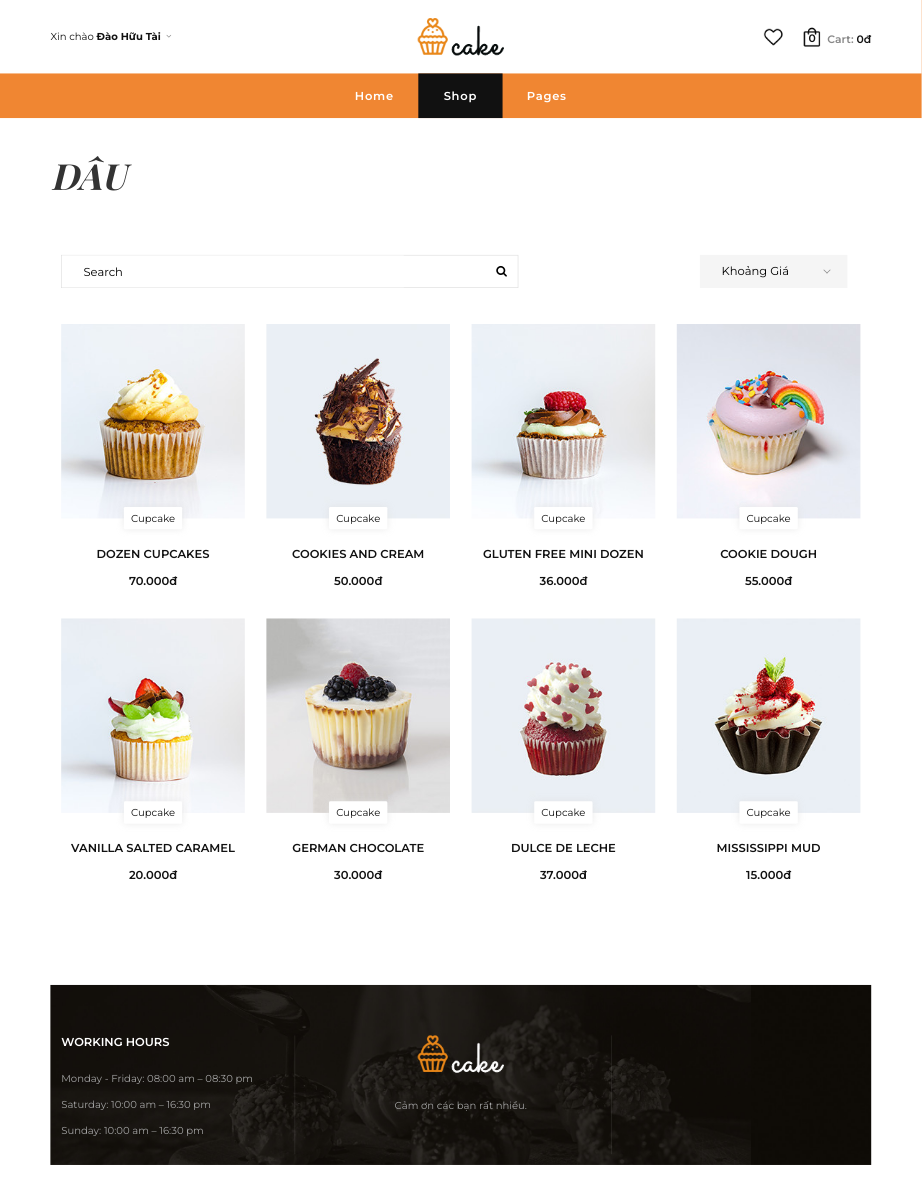
Repository: nhanto2n-byte/Nhom10ChieuThu3
Page: ProjectWeb/cake-main/shop-dau.html
The author's editor kept a copy of each file at every save. The page is drawn from the files as they stood at one save, then again after the next save.
The browser window is 1280 px wide. The pictures show the whole page, at 72% of full size.

Above is the page before, as saved 2025-11-03 22:27:31.

### ProjectWeb/cake-main/shop-dau.html
<!DOCTYPE html>
<html lang="zxx">

<head>
    <meta charset="UTF-8">
    <meta name="description" content="Cake Template">
    <meta name="keywords" content="Cake, unica, creative, html">
    <meta name="viewport" content="width=device-width, initial-scale=1.0">
    <meta http-equiv="X-UA-Compatible" content="ie=edge">
    <title>Shop</title>

    <!-- Google Font -->
    <link href="https://fonts.googleapis.com/css2?family=Playfair+Display:wght@400;500;600;700;800;900&display=swap"
    rel="stylesheet">
    <link href="https://fonts.googleapis.com/css2?family=Montserrat:wght@300;400;500;600;700;800;900&display=swap"
    rel="stylesheet">

    <!-- Css Styles -->
    <link rel="stylesheet" href="css/bootstrap.min.css" type="text/css">
    <link rel="stylesheet" href="css/flaticon.css" type="text/css">
    <link rel="stylesheet" href="css/barfiller.css" type="text/css">
    <link rel="stylesheet" href="css/magnific-popup.css" type="text/css">
    <link rel="stylesheet" href="css/font-awesome.min.css" type="text/css">
    <link rel="stylesheet" href="css/elegant-icons.css" type="text/css">
    <link rel="stylesheet" href="css/nice-select.css" type="text/css">
    <link rel="stylesheet" href="css/owl.carousel.min.css" type="text/css">
    <link rel="stylesheet" href="css/slicknav.min.css" type="text/css">
    <link rel="stylesheet" href="css/style.css" type="text/css">
        <style>
        /* ==================================== */
        /* CẤU TRÚC MENU THẢ XUỐNG (DROPDOWN) */
        /* ==================================== */

        /* 1. Thiết lập vị trí tương đối cho mục cha */
        .header__top__left ul li.has-dropdown {
            position: relative;
        }

        /* KHẮC PHỤC LỖI TÔ ĐEN TRÊN LIÊN KẾT CHA */
        .header__top__left ul li.has-dropdown > a:focus,
        .header__top__left ul li.has-dropdown > a:active {
            /* Dùng !important để ghi đè CSS từ file style.css nếu cần */
            outline: none !important;
            -webkit-tap-highlight-color: transparent;
            background-color: transparent !important;
        }

        /* 2. Thiết lập trạng thái mặc định (ẨN) cho dropdown */
        .header__top__left ul li .dropdown {
            display: none;
            position: absolute;
            top: 100%;
            left: 0;
            z-index: 100;

            /* NỀN ĐẬM CHO CHỮ TRẮNG NỔI BẬT */
            background-color: #333; /* Nền xám/đen đậm */
            border: 1px solid #555;
            box-shadow: 0 4px 10px rgba(0, 0, 0, 0.2);
            min-width: 200px;
            padding: 5px 0;
            list-style: none; /* Loại bỏ dấu chấm */
        }

        /* 3. Hiển thị menu khi di chuột vào mục cha */
        .header__top__left ul li.has-dropdown:hover > .dropdown {
            display: block;
        }

        /* 4. Định kiểu cho các mục con trong menu */
        .header__top__left ul li .dropdown li a {
            display: block;
            padding: 10px 15px;
            text-decoration: none;

            /* MÀU CHỮ TRẮNG */
            color: white;

            font-size: 16px;
            white-space: nowrap;
        }

        /* Hiệu ứng di chuột (hover) cho các mục con */
        .header__top__left ul li .dropdown li a:hover {
            background-color: #0e0e0e; /* Nền xám nhẹ khi hover */
            color: #e8bf18; /* Màu nổi bật khi hover */
        }
    </style>
</head>

<body>
    <!-- Page Preloder -->
    <div id="preloder">
        <div class="loader"></div>
    </div>
    <!-- Offcanvas Menu Begin -->
    <div class="offcanvas-menu-overlay"></div>
    <div class="offcanvas-menu-wrapper">
        <div class="offcanvas__cart">
            <div class="offcanvas__cart__links">
                <a href="#" class="search-switch"><img src="img/icon/search.png" alt=""></a>
                <a href="#"><img src="img/icon/heart.png" alt=""></a>
            </div>
            <div class="offcanvas__cart__item">
                <a href="#"><img src="img/icon/cart.png" alt=""> <span>0</span></a>
                <div class="cart__price">Cart: <span>0đ</span></div>
            </div>
        </div>
        <div class="offcanvas__logo">
            <a href="./index.html"><img src="img/logo.png" alt=""></a>
        </div>
        <div id="mobile-menu-wrap"></div>
        <div class="offcanvas__option">
            <ul>
                <li><a href="#">Sign in</a> <span class="arrow_carrot-down"></span></li>
            </ul>
        </div>
    </div>
    <!-- Offcanvas Menu End -->

    <!-- Header Section Begin -->
    <header class="header">
        <div class="header__top">
            <div class="container">
                <div class="row">
                    <div class="col-lg-12">
                        <div class="header__top__inner">
                            <div class="header__top__left">
                                <ul>
                                    <li class="has-dropdown">
                                    <a href="./profile.html">
                                            Xin chào <strong>Đào Hữu Tài</strong>
                                            <span class="arrow_carrot-down"></span>
                                    </a>
                                        <ul class="dropdown">
                                            <li><a href="./profile.html">My Profile</a></li>
                                            <li><a href="./register.html">Log out</a></li>
                                        </ul>
                                    </li>
                                </ul>
                            </div>
                            <div class="header__logo">
                                <a href="./index.html"><img src="img/logo.png" alt=""></a>
                            </div>
                            <div class="header__top__right">
                                <div class="header__top__right__links">

                                    <a href="./wisslist.html"><img src="img/icon/heart.png" alt=""></a>
                                </div>
                                <div class="header__top__right__cart">
                                    <a href="./shoping-cart.html"><img src="img/icon/cart.png" alt=""> <span>0</span></a>
                                    <div class="cart__price">Cart: <span>0đ</span></div>
                                </div>
                            </div>
                        </div>
                    </div>
                </div>
                <div class="canvas__open"><i class="fa fa-bars"></i></div>
            </div>
        </div>
        <div class="container">
            <div class="row">
                <div class="col-lg-12">
                    <nav class="header__menu mobile-menu">
                        <ul>
                            <li><a href="./index.html">Home</a></li>
                            <li class="active"><a href="./shop.html">Shop</a></li>
                            <li><a href="#">Pages</a>
                                <ul class="dropdown">

                                    <li><a href="./shoping-cart.html">Shoping Cart</a></li>
                                    <li><a href="./checkout.html">Check Out</a></li>
                                    <li><a href="./wisslist.html">Wishlist</a></li>
                                </ul>
                            </li>
                        </ul>
                    </nav>
                </div>
            </div>
        </div>
    </header>
    <!-- Header Section End -->

    <!-- Breadcrumb Begin -->
    <!-- Breadcrumb Begin -->
<!-- Breadcrumb Begin -->
<div class="breadcrumb-option"
     style="
        padding: 50px 0;
        background-image: url('#');
        background-size: cover;
        background-position: center;
        background-repeat: no-repeat;
        position: relative;
    ">

    <!-- lớp phủ mờ nhẹ -->
    <div style="
        position: absolute;
        inset: 0;
        background: rgba(255, 255, 255, 0.35); /* giảm mờ từ 0.7 xuống 0.35 */
    "></div>

    <div class="container" style="position: relative; z-index: 2;">
        <div class="row align-items-center">

            <!-- Tiêu đề bên trái -->
            <div class="col-lg-6 col-md-6 col-sm-12">
                <div class="breadcrumb__text">
                    <h2 style="font-weight: 700; color: #333;">DÂU</h2>
                </div>
            </div>

            <!-- Liên kết breadcrumb bên phải -->
            <div class="col-lg-6 col-md-6 col-sm-12 text-right">
                <div class="breadcrumb__links">


                </div>
            </div>
        </div>


<!-- Breadcrumb End -->

<!-- Hiệu ứng hover -->
<style>
button:hover {
    transform: scale(1.05);
    opacity: 0.9;
}
</style>
    <!-- Shop Section Begin -->
    <section class="shop spad">
        <div class="container">
            <div class="shop__option">
                <div class="row">
                    <div class="col-lg-7 col-md-7">
                        <div class="shop__option__search">
                            <form action="shoptimkiem.html">

                                <input type="text" placeholder="Search">
                                <button type="submit"><i class="fa fa-search"></i></button>
                            </form>
                        </div>
                    </div>
                   <div class="col-lg-5 col-md-5">
    <div class="shop__option__right">
        <select onchange="if (this.value) window.location.href=this.value;">
            <option value="">Khoảng Giá</option>
            <option value="giátype.html">Từ: 30k - 50k</option>
            <option value="giátype.html">Từ: 50k - 70k</option>
            <option value="giátype.html">Từ: 70k - 100k</option>
        </select>
    </div>
</div>

                </div>
            </div>
            <div class="row">
                <div class="col-lg-3 col-md-6 col-sm-6">
                    <div class="product__item">
                        <div class="product__item__pic set-bg" data-setbg="img/shop/product-1.jpg">
                            <div class="product__label">
                                <span>Cupcake</span>
                            </div>
                        </div>
                        <div class="product__item__text">
                            <h6><a href="shop-chitiet.html">Dozen Cupcakes</a></h6>
                            <div class="product__item__price">70.000đ</div>
                            <div class="cart_add">
                                <a href="./shoping-cart.html">Add to cart</a>
                            </div>
                        </div>
                    </div>
                </div>
                <div class="col-lg-3 col-md-6 col-sm-6">
                    <div class="product__item">
                        <div class="product__item__pic set-bg" data-setbg="img/shop/product-2.jpg">
                            <div class="product__label">
                                <span>Cupcake</span>
                            </div>
                        </div>
                        <div class="product__item__text">
                            <h6><a href="shop-chitiet.html">Cookies and Cream</a></h6>
                            <div class="product__item__price">50.000đ</div>
                            <div class="cart_add">
                                <a href="./shoping-cart.html">Add to cart</a>
                            </div>
                        </div>
                    </div>
                </div>
                <div class="col-lg-3 col-md-6 col-sm-6">
                    <div class="product__item">
                        <div class="product__item__pic set-bg" data-setbg="img/shop/product-3.jpg">
                            <div class="product__label">
                                <span>Cupcake</span>
                            </div>
                        </div>
                        <div class="product__item__text">
                            <h6><a href="shop-chitiet.html">Gluten Free Mini Dozen</a></h6>
                            <div class="product__item__price">36.000đ</div>
                            <div class="cart_add">
                                <a href="./shoping-cart.html">Add to cart</a>
                            </div>
                        </div>
                    </div>
                </div>
                <div class="col-lg-3 col-md-6 col-sm-6">
                    <div class="product__item">
                        <div class="product__item__pic set-bg" data-setbg="img/shop/product-4.jpg">
                            <div class="product__label">
                                <span>Cupcake</span>
                            </div>
                        </div>
                        <div class="product__item__text">
                            <h6><a href="shop-chitiet.html">Cookie Dough</a></h6>
                            <div class="product__item__price">55.000đ</div>
                            <div class="cart_add">
                                <a href="./shoping-cart.html">Add to cart</a>
                            </div>
                        </div>
                    </div>
                </div>
                <div class="col-lg-3 col-md-6 col-sm-6">
                    <div class="product__item">
                        <div class="product__item__pic set-bg" data-setbg="img/shop/product-5.jpg">
                            <div class="product__label">
                                <span>Cupcake</span>
                            </div>
                        </div>
                        <div class="product__item__text">
                            <h6><a href="shop-chitiet.html">Vanilla Salted Caramel</a></h6>
                            <div class="product__item__price">20.000đ</div>
                            <div class="cart_add">
                                <a href="./shoping-cart.html">Add to cart</a>
                            </div>
                        </div>
                    </div>
                </div>
                <div class="col-lg-3 col-md-6 col-sm-6">
                    <div class="product__item">
                        <div class="product__item__pic set-bg" data-setbg="img/shop/product-6.jpg">
                            <div class="product__label">
                                <span>Cupcake</span>
                            </div>
                        </div>
                        <div class="product__item__text">
                            <h6><a href="shop-chitiet.html">German Chocolate</a></h6>
                            <div class="product__item__price">30.000đ</div>
                            <div class="cart_add">
                                <a href="./shoping-cart.html">Add to cart</a>
                            </div>
                        </div>
                    </div>
                </div>
                <div class="col-lg-3 col-md-6 col-sm-6">
                    <div class="product__item">
                        <div class="product__item__pic set-bg" data-setbg="img/shop/product-7.jpg">
                            <div class="product__label">
                                <span>Cupcake</span>
                            </div>
                        </div>
                        <div class="product__item__text">
                            <h6><a href="shop-chitiet.html">Dulce De Leche</a></h6>
                            <div class="product__item__price">37.000đ</div>
                            <div class="cart_add">
                                <a href="./shoping-cart.html">Add to cart</a>
                            </div>
                        </div>
                    </div>
                </div>
                <div class="col-lg-3 col-md-6 col-sm-6">
                    <div class="product__item">
                        <div class="product__item__pic set-bg" data-setbg="img/shop/product-8.jpg">
                            <div class="product__label">
                                <span>Cupcake</span>
                            </div>
                        </div>
                        <div class="product__item__text">
                            <h6><a href="shop-chitiet.html">Mississippi Mud</a></h6>
                            <div class="product__item__price">15.000đ</div>
                            <div class="cart_add">
                                <a href="./shoping-cart.html">Add to cart</a>
                            </div>
                        </div>
                    </div>
                </div>



        </div>
    </section>
    <!-- Shop Section End -->

    <!-- Footer Section Begin -->
    <footer class="footer set-bg" data-setbg="img/footer-bg.jpg">
        <div class="container">
            <div class="row">
                <div class="col-lg-4 col-md-6 col-sm-6">
                    <div class="footer__widget">
                        <h6>WORKING HOURS</h6>
                        <ul>
                            <li>Monday - Friday: 08:00 am – 08:30 pm</li>
                            <li>Saturday: 10:00 am – 16:30 pm</li>
                            <li>Sunday: 10:00 am – 16:30 pm</li>
                        </ul>
                    </div>
                </div>
                <div class="col-lg-4 col-md-6 col-sm-6">
                    <div class="footer__about">
                        <div class="footer__logo">
                            <a href="#"><img src="img/footer-logo.png" alt=""></a>
                        </div>
                        <p>Cảm ơn các bạn rất nhiều.</p>
                    </div>
                </div>
            </div>
        </div>
    </div>
</footer>
<!-- Footer Section End -->

<!-- Search Begin -->
<div class="search-model">
    <div class="h-100 d-flex align-items-center justify-content-center">
        <div class="search-close-switch">+</div>
        <form class="search-model-form">
            <input type="text" id="search-input" placeholder="Search here.....">
        </form>
    </div>
</div>
<!-- Search End -->

<!-- Js Plugins -->
<script src="js/jquery-3.3.1.min.js"></script>
<script src="js/bootstrap.min.js"></script>
<script src="js/jquery.nice-select.min.js"></script>
<script src="js/jquery.barfiller.js"></script>
<script src="js/jquery.magnific-popup.min.js"></script>
<script src="js/jquery.slicknav.js"></script>
<script src="js/owl.carousel.min.js"></script>
<script src="js/jquery.nicescroll.min.js"></script>
<script src="js/main.js"></script>
</body>
</html>

### ProjectWeb/cake-main/css/barfiller.css
.barfiller {
    width:100%;
    height:12px;
    background:#fcfcfc;
    border:1px solid #ccc;
    position:relative;
    margin-bottom:20px;
    box-shadow: inset 1px 4px 9px -6px rgba(0,0,0,.5);
    -moz-box-shadow: inset 1px 4px 9px -6px rgba(0,0,0,.5);
}

.barfiller .fill {
    display:block;
    position:relative;
    width:0px;
    height:100%;
    background:#333;
    z-index:1;
}

.barfiller .tipWrap {
    display:none;
}

.barfiller .tip {
    margin-top:-30px;
    padding:2px 4px;
    font-size:11px;
    color:#fff;
    left:0px;
    position:absolute;
    z-index:2;
    background: #333;
}

.barfiller .tip:after {
    border:solid;
    border-color:rgba(0,0,0,.8) transparent;
    border-width:6px 6px 0 6px;
    content:"";
    display:block;
    position:absolute;
    left:9px;
    top:100%;
    z-index:9
}

Loaded but not shown: ProjectWeb/cake-main/css/bootstrap.min.css (library); ProjectWeb/cake-main/css/flaticon.css (common file); ProjectWeb/cake-main/css/magnific-popup.css (library); ProjectWeb/cake-main/css/font-awesome.min.css (library); ProjectWeb/cake-main/css/nice-select.css (common file); ProjectWeb/cake-main/css/owl.carousel.min.css (library); ProjectWeb/cake-main/css/slicknav.min.css (common file); ProjectWeb/cake-main/js/jquery-3.3.1.min.js (library); ProjectWeb/cake-main/js/bootstrap.min.js (library); ProjectWeb/cake-main/js/jquery.nice-select.min.js (common file); ProjectWeb/cake-main/js/jquery.barfiller.js (library); ProjectWeb/cake-main/js/jquery.magnific-popup.min.js (library); ProjectWeb/cake-main/js/jquery.slicknav.js (library); ProjectWeb/cake-main/js/owl.carousel.min.js (library); ProjectWeb/cake-main/js/jquery.nicescroll.min.js (library); ProjectWeb/cake-main/js/main.js (235 lines, source omitted); ProjectWeb/cake-main/css/style.css (4080 lines, source omitted); ProjectWeb/cake-main/css/elegant-icons.css (1157 lines, source omitted)

After the next save:
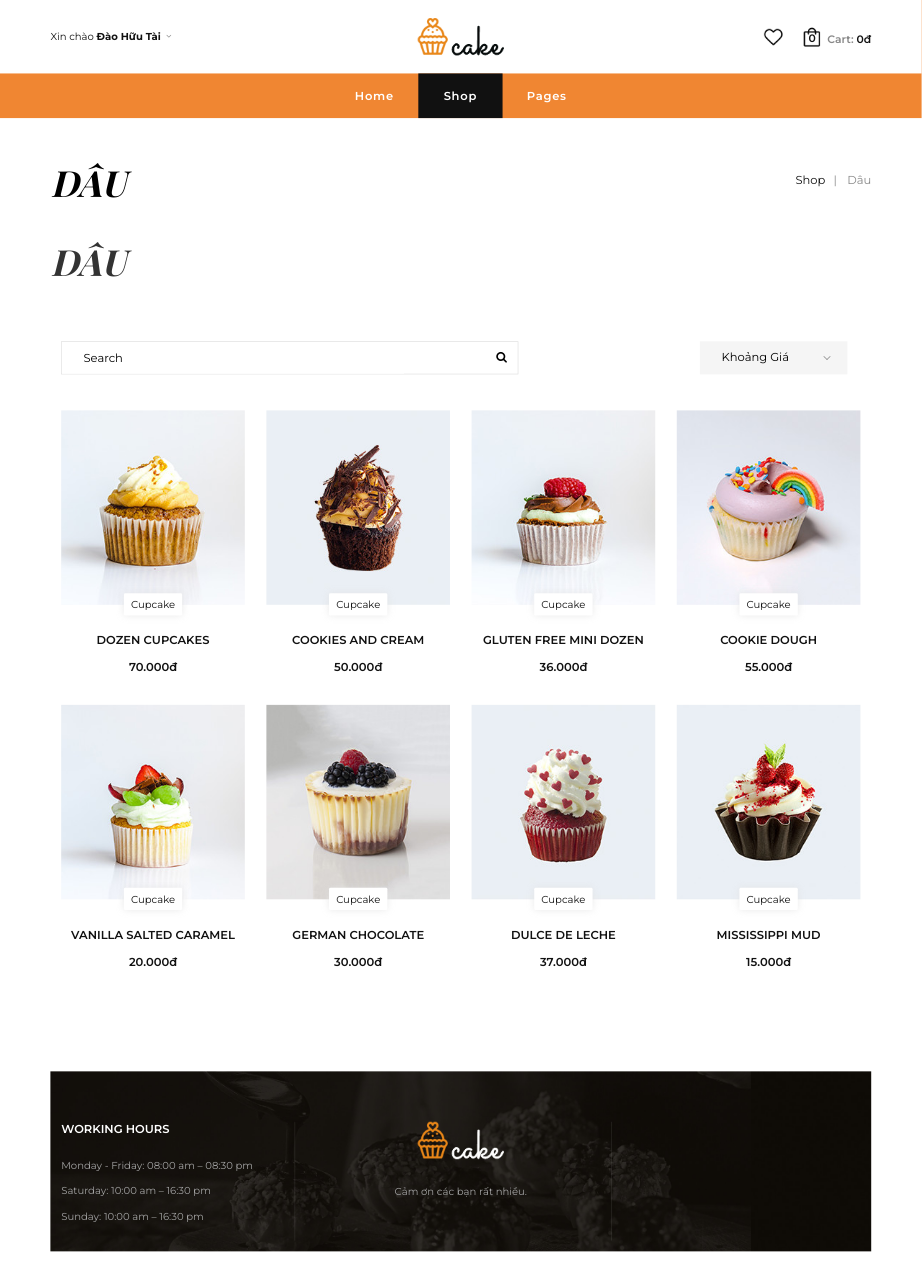
Saved 103 s later.
--- a/ProjectWeb/cake-main/shop-dau.html
+++ b/ProjectWeb/cake-main/shop-dau.html
@@ -179,6 +179,25 @@
             </div>
         </div>
     </header>
+     <!-- Breadcrumb Begin -->
+    <div class="breadcrumb-option">
+        <div class="container">
+            <div class="row">
+                <div class="col-lg-6 col-md-6 col-sm-6">
+                    <div class="breadcrumb__text">
+                        <h2>DÂU</h2>
+                    </div>
+                </div>
+                <div class="col-lg-6 col-md-6 col-sm-6">
+                    <div class="breadcrumb__links">
+                        <a href="./shop.html">Shop</a>
+                        <span>Dâu</span>
+                    </div>
+                </div>
+            </div>
+        </div>
+    </div>
+    <!-- Breadcrumb End -->
     <!-- Header Section End -->
 
     <!-- Breadcrumb Begin -->
